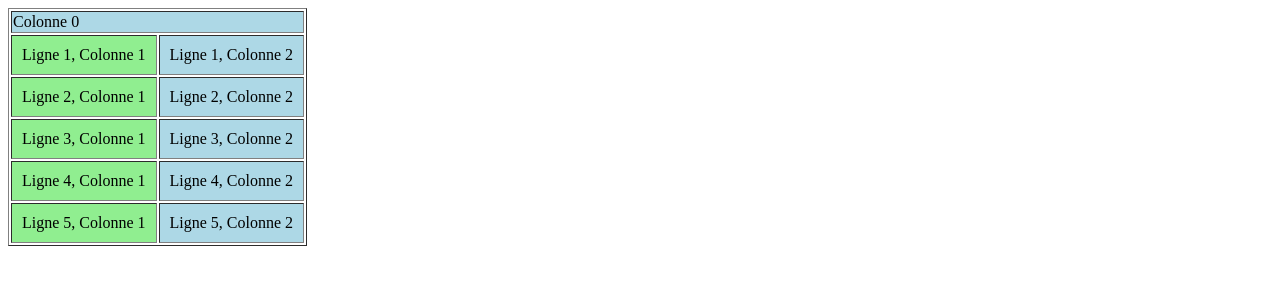
Repository: Chaimaa482/web-tp4
Page: ex1.html
These files come from the project's save history. The page is drawn as it stood at one moment and after the next save; the edit follows.
The browser window is 1280 px wide. The pictures show the whole page.

Above is the page before, as saved 2023-10-22 15:54:31.

### ex1.html
<!DOCTYPE html>
<html>
<head>
</head>
<style>
    .col1 {
        background-color: lightblue;
    }
    .col2 {
        background-color: lightgreen;
    }
</style>
<body>
    <table id="myTable" border="1">
        <tr>
            <td colSpan="2" >Colonne 0</td>
        </tr>
        <tr>
            <td>Ligne 1, Colonne 1</td>
            <td>Ligne 1, Colonne 2</td>
        </tr>
        <tr>
            <td>Ligne 2, Colonne 1</td>
            <td>Ligne 2, Colonne 2</td>
        </tr>
        <tr>
            <td>Ligne 3, Colonne 1</td>
            <td>Ligne 3, Colonne 2</td>
        </tr>
        <tr>
            <td>Ligne 4, Colonne 1</td>
            <td>Ligne 4, Colonne 2</td>
        </tr>
        <tr>
            <td>Ligne 5, Colonne 1</td>
            <td>Ligne 5, Colonne 2</td>
        </tr>
    </table>

    <script>
        var table = document.getElementById("myTable");
        var cells = table.getElementsByTagName("td");

        // Donner une couleur de fond rose aux lignes paires et beige aux lignes impaires
        var rows = table.querySelectorAll("tr");
        for (var i = 1; i < rows.length; i++) {
            if (i % 2 === 0) {
                rows[i].style.backgroundColor = "pink";
            } else {
                rows[i].style.backgroundColor = "beige";
            }
        }

        // Donner une classe col1 aux colonnes paires et col2 aux colonnes impaires
        var cellsCol1 = table.getElementsByClassName("col1");
        var cellsCol2 = table.getElementsByClassName("col2");
        for (var i = 0; i < cells.length; i++) {
            if (i % 2 === 0) {
                cells[i].className = "col1"
            } else {
                cells[i].className = "col2";
            }
        }

        // Augmenter le padding de toutes les cellules sauf celles de la première ligne
        for (var i = 1; i < cells.length; i++) {
            cells[i].style.padding = "10px";
        }
    </script>
</body>
</html>

After the next save:
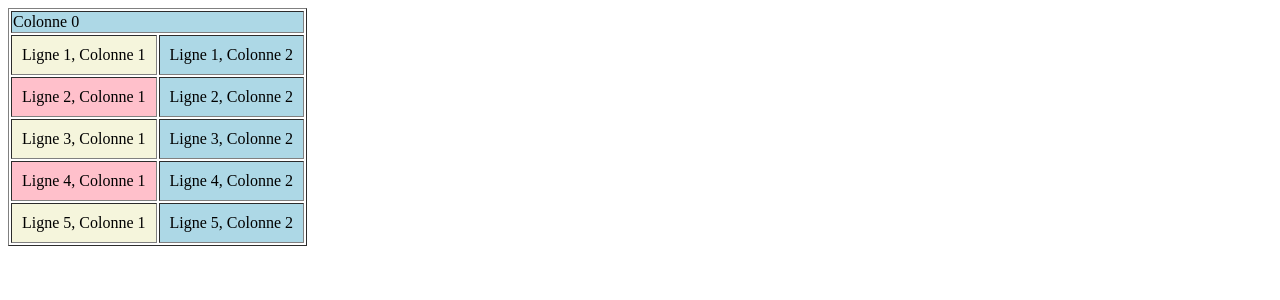
Saved 12 s later.
--- a/ex1.html
+++ b/ex1.html
@@ -7,7 +7,7 @@
         background-color: lightblue;
     }
     .col2 {
-        background-color: lightgreen;
+
     }
 </style>
 <body>
